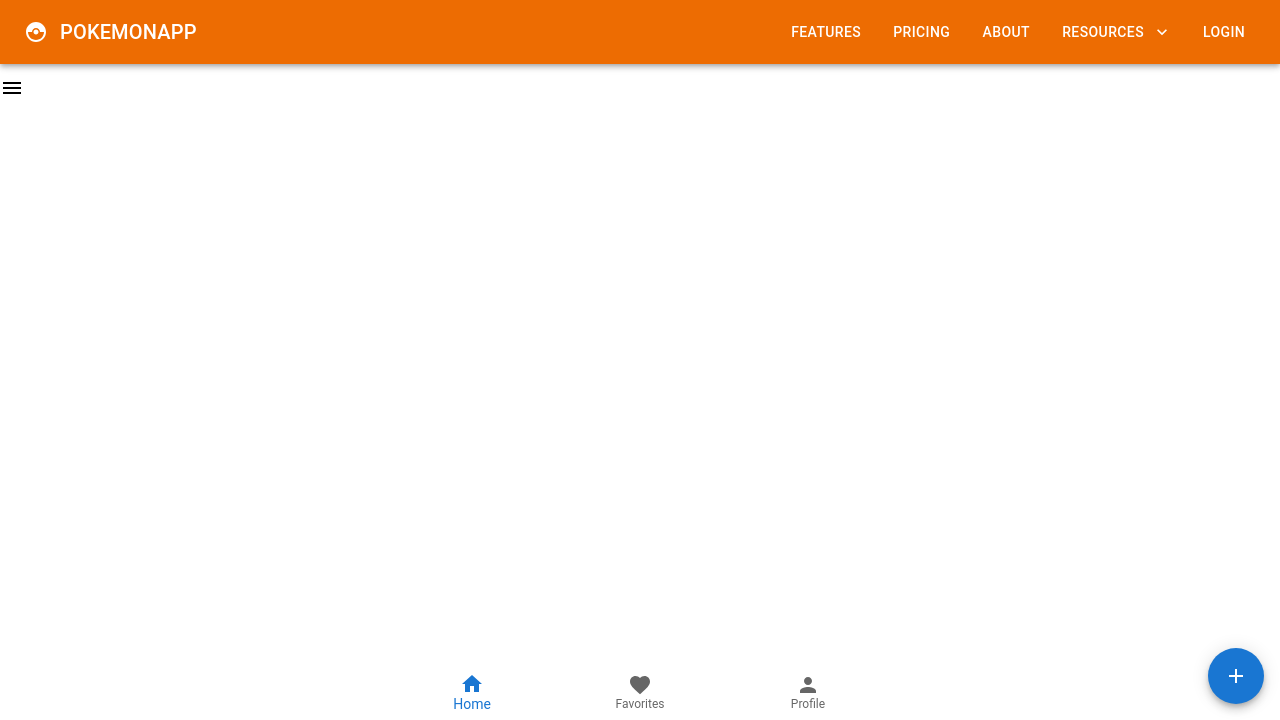
Repository: janidulnkg1/react-mui
Page: / (app in mui-demo/)
An editor plug-in stored every save of this project. The page is shown before and after a run of saves, followed by the edit.
The browser window is 1280 px wide. The pictures show the whole page.
The project was rebuilt for these pictures with package versions that can differ from the ones it lists, and the page was loaded fresh each time.

Above is the page before, as saved 2023-11-13 11:52:39.

After the next 10 saves:
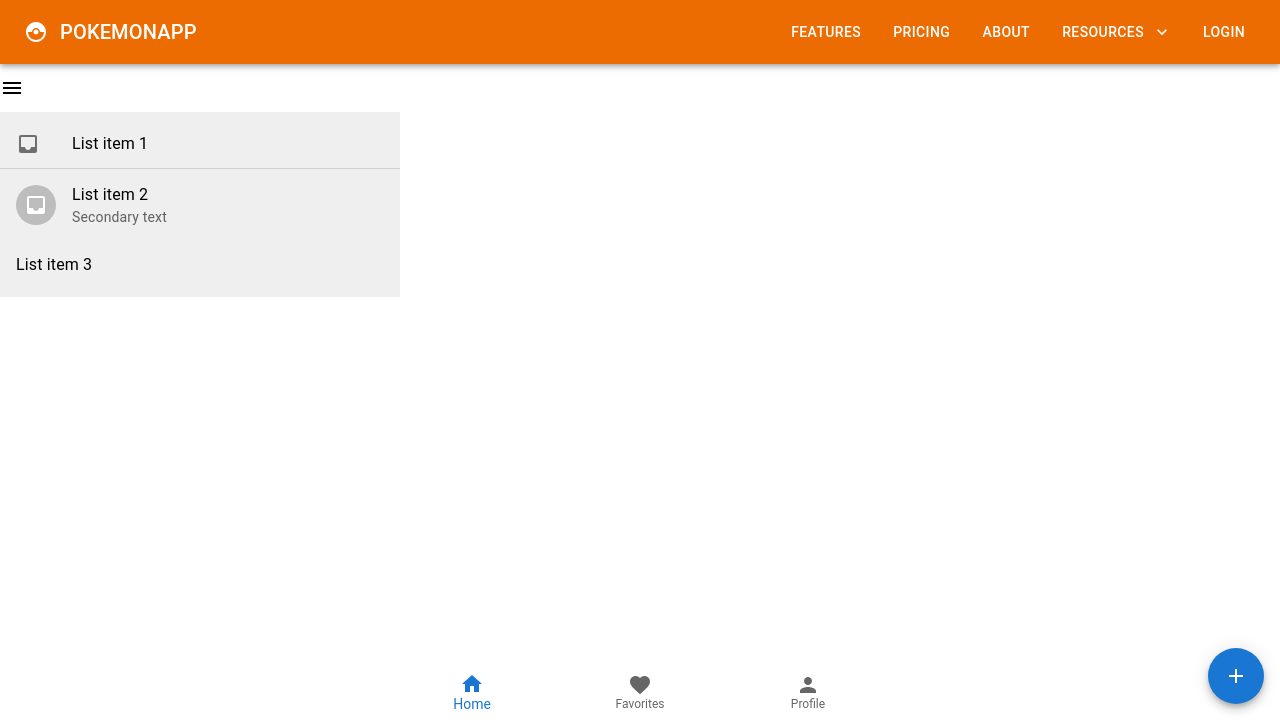
The 10 saves are shown as one change because 3 did not build or start and some came seconds apart.
The last was saved 40 s later.
--- a/mui-demo/src/App.tsx
+++ b/mui-demo/src/App.tsx
@@ -21,6 +21,7 @@ import { MuiSpeedDial } from './components/MuiSpeedDial';
 import { MuiBottomNavigation } from './components/MuiBottomNavigation';
 import { MuiImageList } from './components/MuiImageList';
 import { MuiBadge } from './components/MuiBadge';
+import { MuiList } from './components/MuiList';
 
 function App() {
   return (
@@ -45,7 +46,7 @@ function App() {
         {/*MuiBadge */}
       <MuiNavbar />
       <MuiDrawer />
-
+      <MuiList />
       <MuiSpeedDial />
       <MuiBottomNavigation />
     </div>
